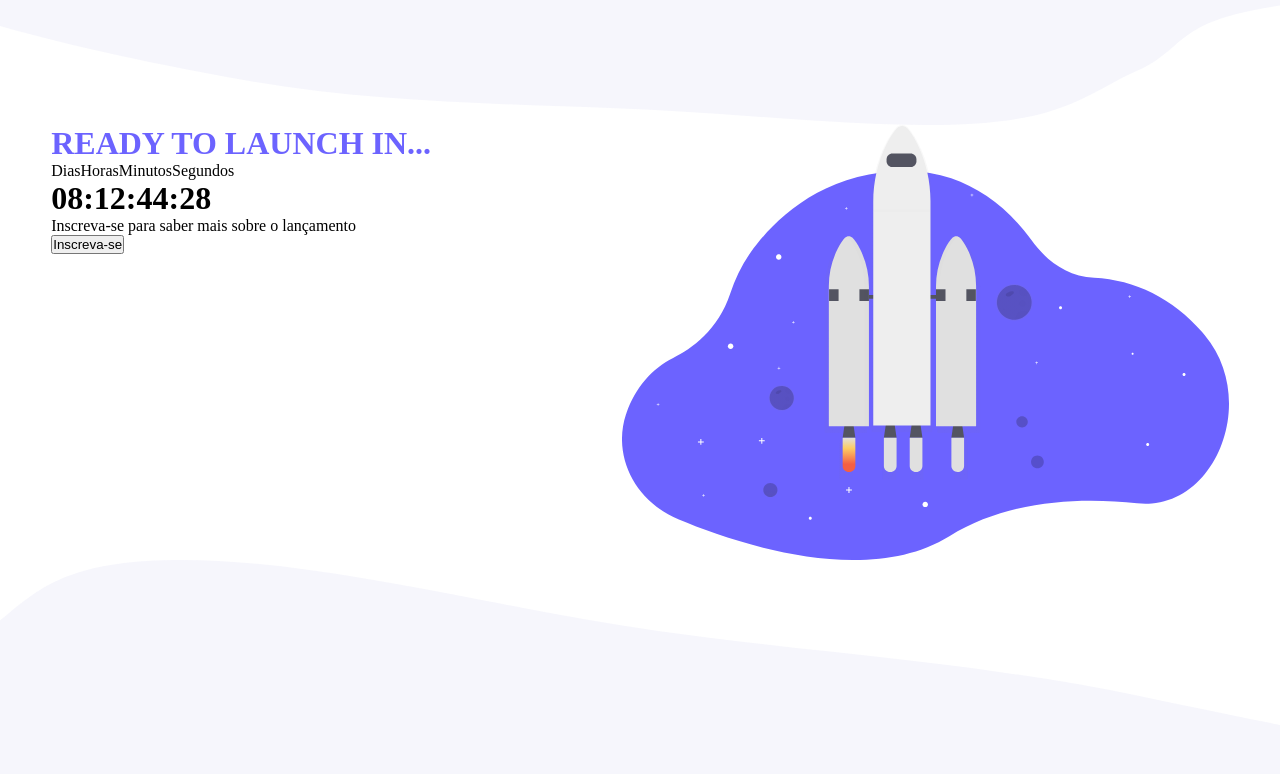
Repository: BrunoBross/countdown
Page: index.html
An editor plug-in stored every save of this project. The page is shown before and after the next save, followed by the edit.
The browser window is 1280 px wide. The pictures show the whole page.

Above is the page before, as saved 2021-11-30 00:41:45.

### index.html
<!DOCTYPE html>
<html lang="en">
<head>
  <meta charset="UTF-8">
  <meta http-equiv="X-UA-Compatible" content="IE=edge">
  <meta name="viewport" content="width=device-width, initial-scale=1.0">
  <title>Document</title>
  <link rel="stylesheet" href="./style.css">
  <link rel="preconnect" href="https://fonts.googleapis.com">
  <link rel="preconnect" href="https://fonts.gstatic.com" crossorigin>
  <link href="https://fonts.googleapis.com/css2?family=Poppins:wght@300;400;500&display=swap" rel="stylesheet">
</head>
<body>
  <div class="background">
    <img class="image" id="top" src="./assets/top-image.svg" alt="">
    <div class="center">
      <div class="content">
        <h1>READY TO LAUNCH IN...</h1>
        <div class="clock">
          <div class="labels">
            <p>Dias</p>
            <p>Horas</p>
            <p>Minutos</p>
            <p>Segundos</p>
          </div>
          <div class="time">
            <h1>08</h1>
            <h1>:</h1>
            <h1>12</h1>
            <h1>:</h1>
            <h1>44</h1>
            <h1>:</h1>
            <h1>28</h1>
          </div>
        </div>
        <p>Inscreva-se para saber mais sobre o lançamento</p>
        <button>Inscreva-se</button>
      </div>
      <img id="rocket" src="./assets/rocket.svg" alt="">
    </div>
    <img class="image" id="bottom" src="./assets/bottom-image.svg" alt="">
  </div>
</body>

<script src="./script.js"></script>
</html>

### style.css
*{
  padding: 0;
  margin: 0;
}

body{
  background-color: #FFF;
}

.background{
  height: 100vh;
  display: flex;
  flex-direction: column;
  justify-content: space-between;
}

.center{
  padding: 0 4vw;
  display: flex;
  justify-content: space-between;

}

.image{
  width: 100vw;
}

.clock{
  display: flex;
  flex-direction: column;
}

.labels{
  display: flex;
}

.time{
  display: flex;
}

.content > h1{
  color: #6C63FF;
}

Loaded but not shown: script.js (no copy from this time; the picture is the same without it)

After the next save:
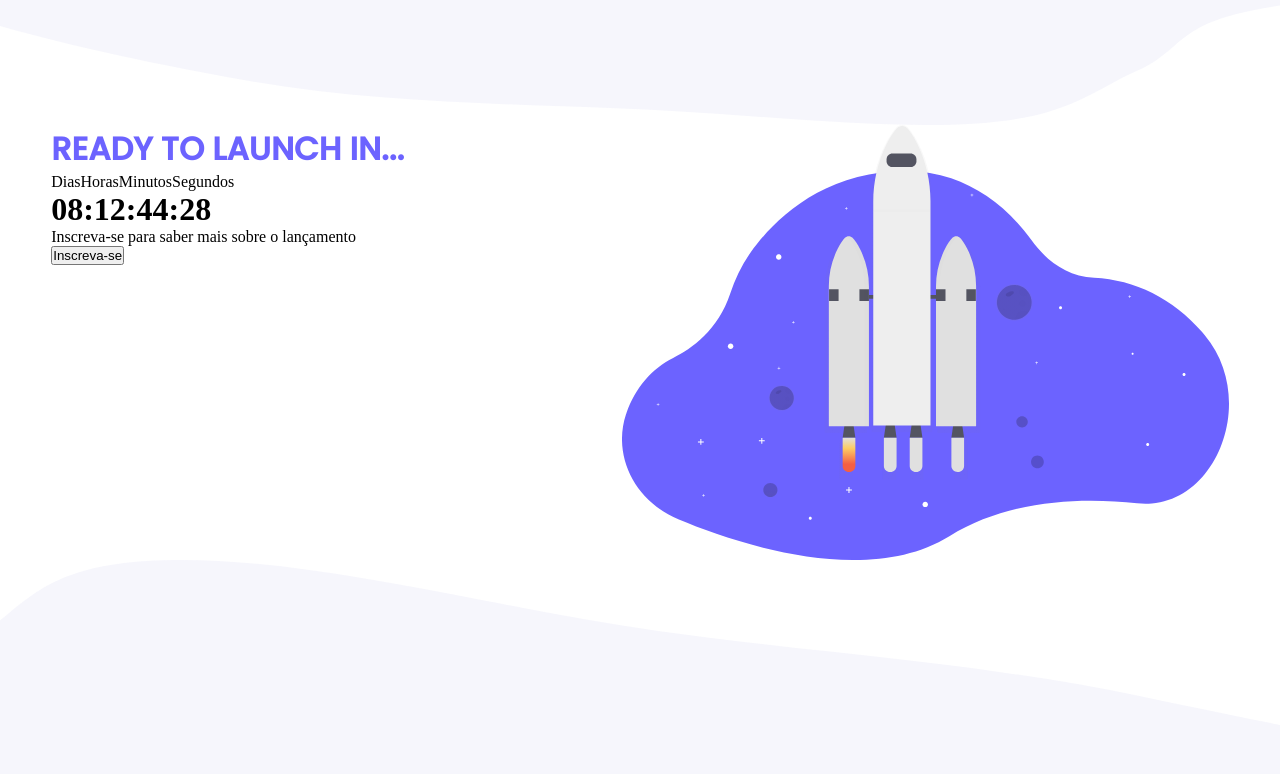
Saved 17 s later.
--- a/style.css
+++ b/style.css
@@ -40,4 +40,5 @@ body{
 
 .content > h1{
   color: #6C63FF;
+  font-family: 'Poppins', 'sans-serif';
 }
